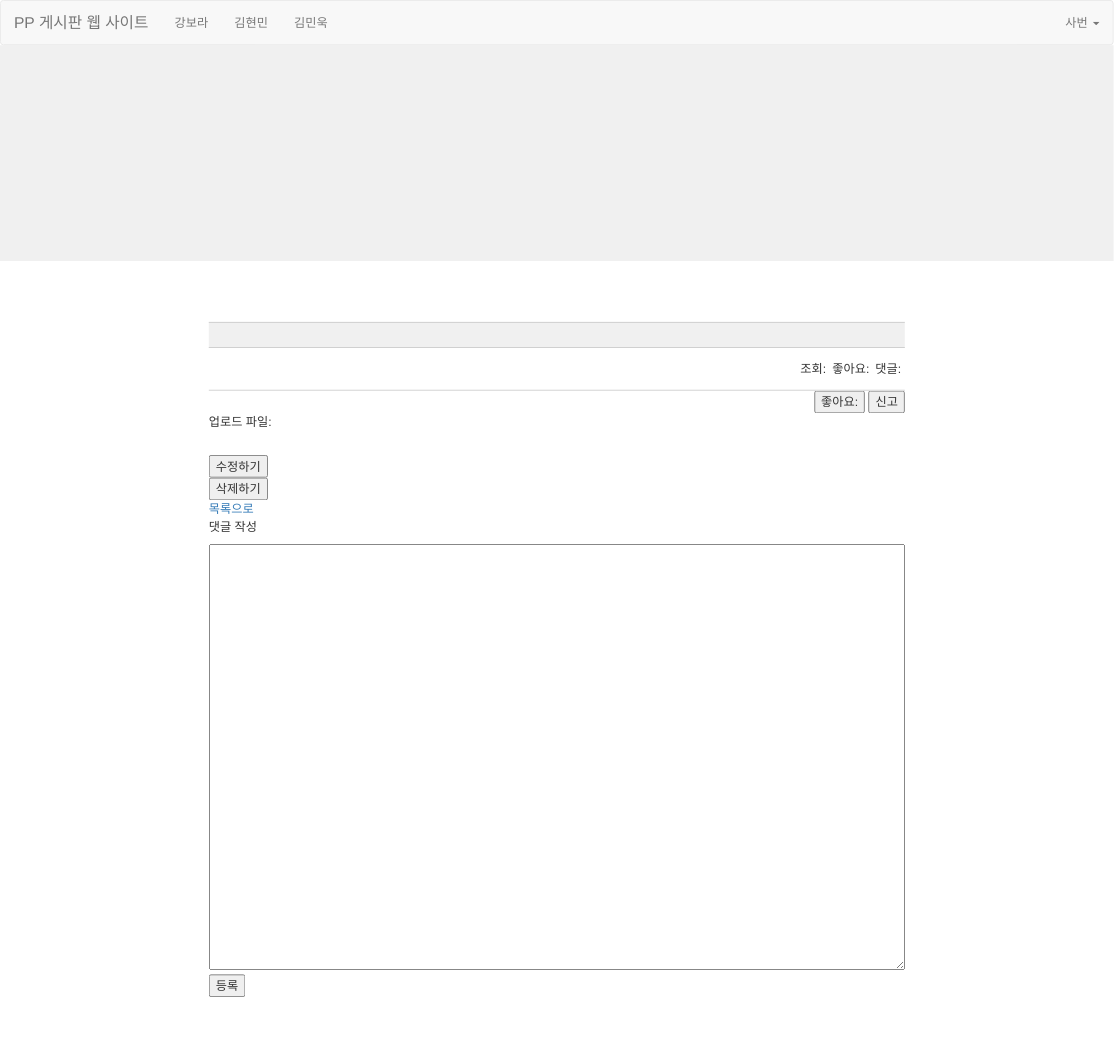
Repository: hyunminini/CommunityPage
Page: http://localhost/PP_Project/boardRead.jsp
These files come from the project's save history. The page is drawn as it stood at one moment and after the next save; the edit follows.
The browser window is 1280 px wide. The pictures show the whole page, at 87% of full size.
Some web libraries are served in a nearby version. The page is served by Tomcat 9. Other server files are loaded and not shown. The template is opened directly, without the code that normally fills it, so the values that code supplies are empty.

Above is the page before, as saved 2022-09-29 03:07:07.

### PP_Project/WebContent/boardRead.jsp
<%@ page language="java" contentType="text/html; charset=utf-8" pageEncoding="utf-8"%>
<%@ taglib prefix="c" uri="http://java.sun.com/jsp/jstl/core" %>
<!DOCTYPE html>
<html>
<head>
<meta http-equiv="Content-Type" content="text/html; charset=utf-8">
<meta name="viewport" content="width=device-width" initial-scal="1">
<link rel="stylesheet" href="css/bootstrap.css">
<link rel="stylesheet" href="css/board.css">
<link rel="stylesheet" href="css/layout.css">
<title>BoardRead.jsp</title>
<script language=javascript>

function sendUpdate(){
		document.requestForm.command.value ="updateForm";
		document.requestForm.submit();
}

function likeToggle() {
	document.requestForm.submit();
}


</script>
<style>
footer {
	height: auto;
	background: none;
}
.ft-wrap {
	border-top: 1px solid #ccc;
	text-align: center;
	padding: 2em 0em 2em 0em;
}

@charset "UTF-8";

	.board-text-flex {
		display: flex;
		justify-content: space-between;
		align-items: center;
		padding: 3em 0 1em 0;
	}
	.board-text-flex h3 {
		margin: 0px;
	}
	.board-text-flex p {
		margin: 0px;
	}
	.form-wrap {
		width: 100%;
		max-width: 1000px;
		margin: 0 auto;
	}
	.board-in-text {
		margin: 0px;
		font-size: 1.2em;
		margin-left: 1em;
		padding: 10px 0px 10px 0px;
	}
	.category {
		width: 25%;
		margin-left: 0.5em;
	}
	.title {
		width: 50%;
		margin-left: 0.5em;
	}
	.btn-wrap {
		text-align: right;
	}
	.submit {
		margin-top: 0.5em;
		width: 15%;
	}
	.left-td {
		width: 10em;
	}
	.comment {
		width: 100%;
		height: 35em;
	}

	.max-wrap{
		width:100%;
		max-width:800px;
		margin: 0 auto;
	}

	.board-wrap {
		margin-top: 5em;
	}

	.read-title {
		border-top: 1px solid #ccc;
		border-bottom: 1px solid #ccc;
		background-color: #f0f0f0;
		display: flex;
		justify-content: space-between;
		align-items: center;
		padding: 1em 0.5em 1em 0.5em;
	}

	.read-title p{
		margin: 0;
	}
	.read-conwrap {
		margin: 0px;
		padding: 1em 0.3em 1em 0.3em;
		border-bottom: 1px solid #ccc;
		display: flex;
		justify-content: space-between;
	}

	.ename {
		margin: 0px;
	}

	.read-con {
		margin: 0px;
		display: flex;
		align-items: center;
	}

	.read-con li {
		list-style: none;
		margin-left: 0.5em;
	}

	.data-btn {
		padding-top: 2em;
	}



</style>
</head>
<body>

<!-- 네비게이션 -->
<nav class="navbar navbar-default">
		<!-- 네비게이션 상단 Header  -->
		<div class="navnar-header">
			<button
				type="button"
				class="navbar-toggle collapese"
				data-toggle="collapse"
				data-target="#bs-example-navbar-collapse-1"
				aria-expanded="false">

				<span class="icon-bar"></span>
				<span class="icon-bar"></span>
				<span class="icon-bar"></span>
			</button>
			<!-- <a class="navbar-brand" href="main.jsp"> -->
			<a class="navbar-brand" href="board.do">
				PP 게시판 웹 사이트
			</a>
		</div>

		<!-- 메뉴 영역 깃허브 링크 이동 -->
		<div class="collapse navbar-collapse" id="bs-example-navbar-collapse-1">
			<ul class="nav navbar-nav">
				<li><a href="#">강보라</a></li>
				<li><a href="#">김현민</a></li>
				<li><a href="#">김민욱</a></li>
			</ul>

			<!-- 메뉴 드랍다운 영역 -->
			<ul class="nav navbar-nav navbar-right">
				<li class="dropdown">
					<a href="#"
						class="dropdown-toggle"
						data-toggle="dropdown"
						role="button"
						aria-haspopup="true"
						aria-expanded="false"
					>
					사번  ${empno}

					<span class="caret"></span>
					</a>

				<!-- 드랍다운 아이템 영역 -->
				<ul class="dropdown-menu">

					<c:choose>
						<c:when test="${sessionScope.empno == 1001}">
							<li class="active">
								<a href="logoutAction.jsp">관리자 페이지 이동</a>
							</li>
							<li>
								<a href="logoutAction.jsp">로그아웃</a>
							</li>
						</c:when>
						<c:otherwise>
							<li class="active">
								<a href="logoutAction.jsp">로그아웃</a>
							</li>
						</c:otherwise>
					</c:choose>
				</ul>
			</li>
		</ul>
	</div>
</nav>
	<!-- 메인 이미지 -->
<div class="mainImg"></div>

<div class="board-wrap">
	<div class="max-wrap">
		<div class="read-title">

			<p><span>${requestScope.resultContent.category}</span> ${requestScope.resultContent.title}</p>
            <p>${requestScope.resultContent.write_date}</p>
    	</div>
		<div class="read-conwrap">
			<p class="ename">${requestScope.resultContent.ename}</p>

			<ul class="read-con">
				<li>조회: ${requestScope.resultContent.readnum} </li>
				<li>좋아요: </li>
				<li>댓글: </li>
			</ul>
		</div>

		<div class="board">
			${requestScope.resultContent.content}
		</div>


	<!-- 좋아요 눌럿는지 안눌럿는지 -->
<%-- 	<select id="findLike" resultType="int">
		select count(*) from vegan_like where board_no = #{board_cnum} and user_no = #{user_no}
	</select> --%>

	<div class="btn-wrap">
		<button onClick="likeToggle()">좋아요: </button>
		<button>신고</button>
	</div>

	<div class="upload-wrap">
		<div class="upload-fail">업로드 파일:</div>
	</div>

    <% String board_cnum = (String) request.getParameter("board_cnum"); %>
    <div class="data-btn">
    	<form id="data-form" name="requestForm" method=post action="board.do?command=updateForm&board_cnum=<%=board_cnum %>">
			<input type=hidden name=board_cnum value="${requestScope.resultContent.board_cnum}">
			<input type=hidden name="command" value="read">
			<input type="hidden" name="title" value="${requestScope.resultContent.title}">
			<input type="hidden" name="content" value="${requestScope.resultContent.content}">
			<input type="hidden" name="ename" value="${requestScope.resultContent.ename}">
			<c:choose>
				<c:when test="${sessionScope.empno == 1001}">
					<input type=button value="수정하기" onClick="sendUpdate()">
				</c:when>
				<c:when test="${sessionScope.empno == param.empno}">
					<input type=button value="수정하기" onClick="sendUpdate()">
				</c:when>
				<c:otherwise>

				</c:otherwise>
			</c:choose>
		</form>
	</div>
		<form method="post" action="board.do?command=delete&board_cnum=<%=board_cnum %>">
			<button type="submit">삭제하기</button>
			<input type=hidden name="command" value="delete" />
			<input type=hidden name="empno" value="${empno}"/>
			<input type="hidden" name="board_cnum" value="<%=board_cnum %>" />
		</form>
		<a id="loginForm" href="board.do">목록으로 </a><br/>

		<c:forEach items="${requestScope.coms}" var ="data">
		<div class="comment-wrap">
			<div class="in-content">
				<div>
					<h3>${data.ename} <span>${data.co_write_date}</span></h3>
				</div>
				<div>
					<form class="in-btn">
						<button onClick="commentDelete()">삭제하기</button>
						<button onClick="commentDelete()">수정하기</button>
						<button>신고하기</button>
					</form>
				</div>
			</div>

			<p>${data.co_content}</p>
		</div>
	</c:forEach>

	<div class="comment-add">
		<p>댓글 작성</p>
	</div>
	<div class="add-wrap">
	<form action="board.do" method="post">
		<input type="hidden" name="command" value="comment">
		<input type="hidden" name="empno"  value="${empno}">
		<input type="hidden" name="ename" value="${requestScope.resultContent.ename}">
		<input type="hidden" name="board_cnum" value="${param.board_cnum}"></input>
		<textarea class="comment" name="co_content" cols="50" rows="10"></textarea>
		<input id="add" type="submit" value="등록">
	</form>
	<div>

	</div>
	</div>
	</div>
</div>
<footer>
	<div class="max-wrap">

	</div>
</footer>
<script src="https://code.jquery.com/jquery-3.1.1.min.js"></script>
<script src="js/bootstrap.js"></script>
</body>
</html>

### PP_Project/WebContent/css/board.css
@charset "UTF-8";

	.board-text-flex {
		display: flex;
		justify-content: space-between;
		align-items: center;
		padding: 3em 0 1em 0;
	}
	.board-text-flex h3 {
		margin: 0px;
	}
	.board-text-flex p {
		margin: 0px;
	}
	.form-wrap {
		width: 100%;
		max-width: 1000px;
		margin: 0 auto;
	}
	.board-in-text {
		margin: 0px;
		font-size: 1.2em;
		margin-left: 1em;
		padding: 10px 0px 10px 0px;
	}
	.category {
		width: 25%;
		margin-left: 0.5em;
	}
	.title {
		width: 50%;
		margin-left: 0.5em;
	}
	.btn-wrap {
		text-align: right;
	}
	.submit {
		margin-top: 0.5em;
		width: 15%;
	}
	.left-td {
		width: 10em;
	}
	textarea {
		width: 100%;
		height: 35em;
	}

	.max-wrap{
		width:100%;
		max-width:800px;
		margin: 0 auto;
	}

	.board-wrap {
		margin-top: 5em;
	}

	.read-title {
		border-top: 1px solid #ccc;
		border-bottom: 1px solid #ccc;
		background-color: #f0f0f0;
		display: flex;
		justify-content: space-between;
		align-items: center;
		padding: 1em 0.5em 1em 0.5em;
	}

	.read-title p{
		margin: 0;
	}
	.read-conwrap {
		margin: 0px;
		padding: 1em 0.3em 1em 0.3em;
		border-bottom: 1px solid #ccc;
		display: flex;
		justify-content: space-between;
	}

	.ename {
		margin: 0px;
	}

	.read-con {
		margin: 0px;
		display: flex;
		align-items: center;
	}

	.read-con li {
		list-style: none;
		margin-left: 0.5em;
	}

	.data-btn {
		padding-top: 2em;
	}

### PP_Project/WebContent/css/layout.css
@charset "UTF-8";

	.navbar {
		margin: 0;
	}
	.mainImg {
		background: #f0f0f0;
		width: 100%;
		height: 248px;
	}

	footer {
		width:100%;
		height: auto;
		margin: 0 auto;
		margin-top: 5em;
	}

	.ft-wrap {
		border-top: 1px solid #ccc;
		text-align: center;
		padding: 2em 0em 2em 0em;
	}

Loaded but not shown: PP_Project/WebContent/css/bootstrap.css (library); PP_Project/WebContent/js/bootstrap.js (library)

After the next save:
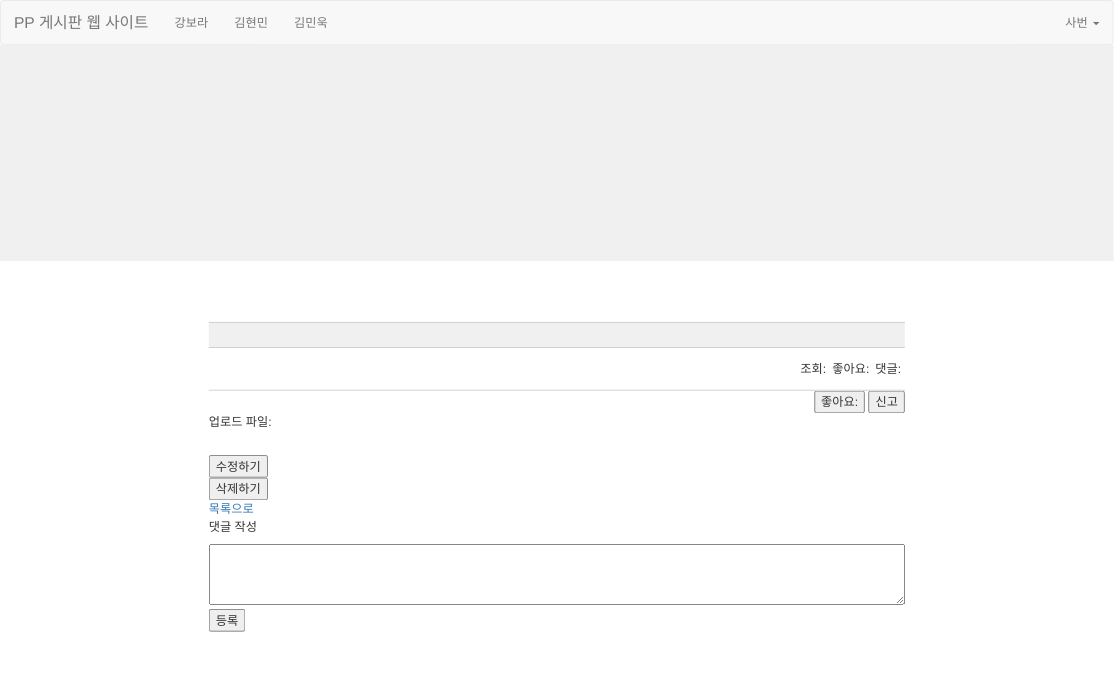
Saved 38 s later.
--- a/PP_Project/WebContent/boardRead.jsp
+++ b/PP_Project/WebContent/boardRead.jsp
@@ -78,7 +78,7 @@ footer {
 	}
 	.comment {
 		width: 100%;
-		height: 35em;
+		height: 5em;
 	}
 
 	.max-wrap{
